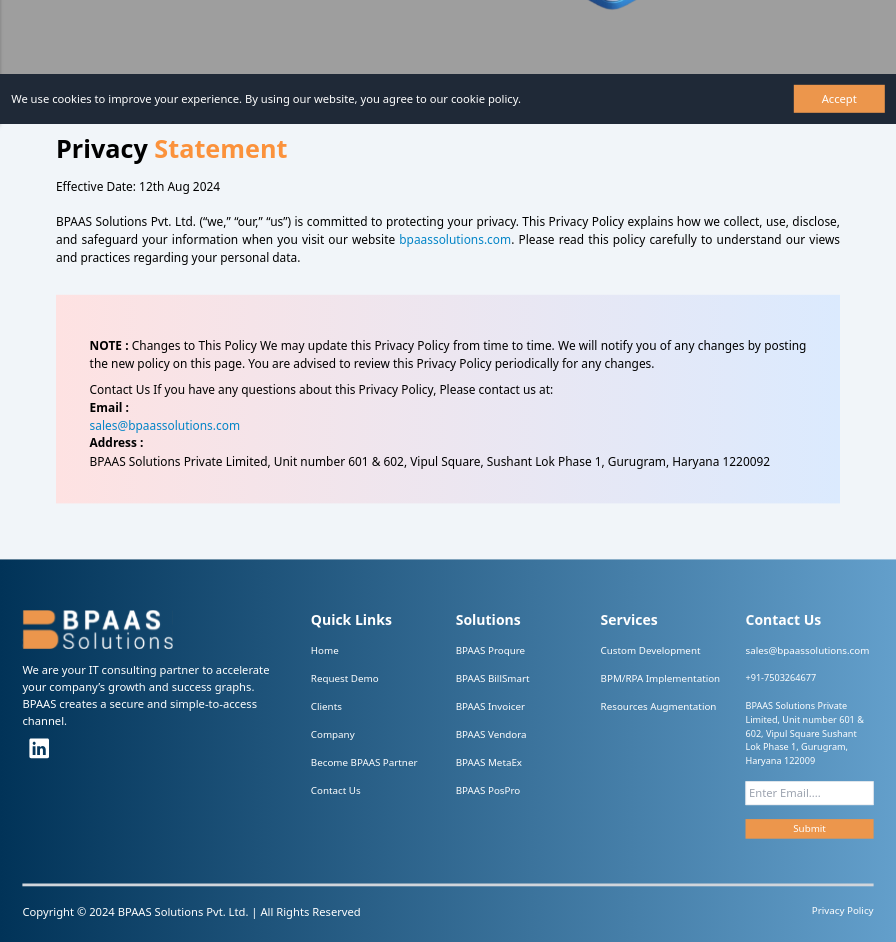
Repository: captainalpha/BP-Website
Page: /services/bp-services
An editor plug-in stored every save of this project. The page is shown before and after the next save, followed by the edit.
The browser window is 1280 px wide. The pictures show the part of the page from y = 543 to 2463 px (the page is 1889 px tall before and 2463 px after), at 70% of full size.
Pictures or frames that could not be fetched are drawn as grey boxes. The project was rebuilt for these pictures with package versions that can differ from the ones it lists, and the page was loaded fresh each time. The framework's server and built-in components were replaced by stand-ins that run in the browser. Also part of the build but not shown: next.config.js, components/common/TopBanner.js, components/common/SectionHeader.js.

Above is the page before, as saved 2024-08-13 17:10:04.

### pages/_app.js
import Navbar from "../components/common/Navbar";
import "../styles/globals.css";
import Footer from "../components/common/Footer";

import "swiper/css";
import "swiper/css/navigation";
import "swiper/css/pagination";



import { motion, AnimatePresence } from "framer-motion";
import CookiesMain from "../components/common/CookiesMain";

// import styles from './slider.module.scss'
function MyApp({ Component, pageProps, router }) {
  const spring = {
    type: "spring",
    damping: 20,
    stiffness: 100,
    when: "afterChildren",
  };
  return (
    <>
      <div className="z-50 scroll-smooth">
        <Navbar />
      </div>
      <AnimatePresence>
        <div className="page-transition-wrapper">
          <motion.div
            transition={spring}
            key={router.pathname}
            initial={{ y: -300, opacity: 0 }}
            animate={{ y: 0, opacity: 1 }}
            exit={{ y: 300, opacity: 0 }}
            id="page-transition-container"
          >
            <Component {...pageProps} /> <Footer />{" "}
            <CookiesMain/>
          </motion.div>
        </div>
      </AnimatePresence>
    </>
  );
}

export default MyApp;

### pages/services/bp-services.js
import { useState } from "react";
import TopBanner from "../../components/common/TopBanner";
import SectionHeader from "../../components/common/SectionHeader";
import TopBanner2 from "../../components/common/TopBanner2";
import Image from "next/image";
import Link from "next/link";
import { FaArrowDown } from "react-icons/fa6";
import { MdChecklistRtl } from "react-icons/md";
import { BsCopy } from "react-icons/bs";
import { FiPlus } from "react-icons/fi";
import { AiOutlineMinus } from "react-icons/ai";


function BpServices() {
  const [showAnswer, setShowAnswer] = useState(false);
  const privacyStatement = [
    {
      heading: "Information We Collect",
      content: (
        <>
          <p
            className={`text-[18px] bg-gray-300 mt-2 p-3 rounded-md
          shadow-[rgba(0,_0,_0,_0.24)_0px_3px_8px] `}
          >
            <p className="text-[17px] text-justify mt-3">
              &ldquo;Personal data&rdquo; is defined to include information that
              whether on its own or in combination with other information may be
              used to readily identify or contact you such as: name, address,
              email address, phone number etc.
            </p>
            <p className="text-[17px] text-justify mt-3">
              <b>Personal Data :</b> We may collect personal identification
              information (such as name, email address, phone number) when you
              voluntarily submit it through our Site.
            </p>
            <p className="text-[17px] text-justify mt-3">
              <b>Usage Data :</b> We automatically collect information about your
              interaction with our Site, including IP address, browser type,
              operating system, and pages visited.
            </p>
          </p>
        </>
      ),
    },
    {
      heading: "How We Use Your Information",
      content: (
        <>
          <p className="text-[17px] text-justify mt-3">
            <b>To Provide Services :</b> We use your information to deliver the
            services you request. For internal record-keeping purposes.
          </p>
          <p className="text-[17px] text-justify mt-3">
            <b>To Improve Our Site :</b> We analyse usage data to enhance the
            functionality and user experience of our Site.
          </p>
          <p className="text-[17px] text-justify mt-3">
            <b>To Communicate :</b> We may use your contact information to respond
            to inquiries, send updates, and provide customer support. To
            periodically send promotional emails to the email address you provide
            regarding new products from BPAAS Solutions, special offers from BPAAS
            Solutions or other information about BPAAS Solutions that we think you
            may find interesting. For BPAAS Solutions market research purposes,
            including, but not limited to, the customization of the Website or
            Services according to your interests
          </p>
        </>
      ),
    },
    {
      heading: "Sharing Your Information",
      content: (
        <>
          <p className="text-[17px] text-justify mt-3">
            We do not sell, trade, or otherwise transfer your personal data to
            outside parties except as described in this policy. We may share
            information with trusted third parties who assist us in operating our
            Site, conducting our business, or servicing you, provided those
            parties agree to keep this information confidential.
          </p>
        </>
      ),
    },
    {
      heading: "Data Security",
      content: (
        <>
          <p className="text-[17px] text-justify mt-3">
            We implement a variety of procedural and technological security
            measures to maintain the safety of your personal information from
            unauthorized access or disclosure. BPAAS Solutions may use encryption,
            passwords, and physical security measures to help protect your
            personal information against unauthorized access and disclosure.
            However, no method of transmission over the internet or electronic
            storage is 100% secure.
          </p>
        </>
      ),
    },
    {
      heading: "Information Disclosed At Your Request",
      content: (
        <>
          <p className="text-[17px] text-justify mt-3">
            We may share your personal information with other users or third
            parties to whom you explicitly ask us to send your information or if
            you explicitly consent to such disclosure upon receipt of a specific
            Service.
          </p>
        </>
      ),
    },
    {
      heading: "Your Rights",
      content: (
        <>
          <p className="text-[17px] text-justify mt-3">
            You have the right to access, correct, or delete your personal data.
            You may also object to the processing of your data or request data
            portability. To exercise these rights, please contact us at&nbsp;
            <a
              className="text-sky-600 hover:text-[#fb923c]"
              href="mailto:sales@bpaassolutions.com"
            >
              sales@bpaassolutions.com
            </a>
          </p>
        </>
      ),
    },
    {
      heading: "Links to Third-Party Websites",
      content: (
        <>
          <p className="text-[17px] text-justify mt-3">
            Our website may contain links to external websites. We are not
            responsible for the privacy practices or content of these third-party
            sites. We encourage you to review their privacy policies before
            providing any personal information.
          </p>
        </>
      ),
    },
  ];
  return (
    <div>
      <div className="relative">
        <TopBanner2
          image={"/images/policy-service2.jpg"}
          title="Privacy Policy"
          discription="This Privacy Policy explains how we collect, use, disclose, and safeguard your information when you visit our website."
          btnShow={false}
        />
        <div className="absolute top-[1em] right-[10em]">
          <Image
            src="/images/privacypolicy2.png"
            className="w-1/2 mx-auto"
            width="500"
            height="500"
            alt="customer-developement"
          />
        </div>
      </div>

      <div className=" bg-slate-100  p-[5em]">
        <div className="container mx-auto max-w-6xl">
          <div className="text-left">
            <h1 className="lg:text-4xl text-3xl font-bold capitalize ">
              <span>Privacy</span>{" "}
              <span className="text-[#fb923c]">Statement</span>
            </h1>
          </div>

          <div className="mt-5">
            <p className="text-[17px] text-justify">
              Effective Date: 12th Aug 2024 <br />
              <br /> BPAAS Solutions Pvt. Ltd. (&ldquo;we,&rdquo;
              &ldquo;our,&rdquo; &ldquo;us&rdquo;) is committed to protecting
              your privacy. This Privacy Policy explains how we collect, use,
              disclose, and safeguard your information when you visit our
              website&nbsp;
              <Link passHref href="/">
                <a className="text-sky-600 hover:text-[#fb923c]">
                  bpaassolutions.com
                </a>
              </Link>
              . Please read this policy carefully to understand our views and
              practices regarding your personal data.
            </p>
          </div>

          {privacyStatement?.map((item,ind)=>{
            <>
              <div
              key={ind}
            className={`${
              showAnswer
                ? "p-2 mt-8 bg-[#fb923c] max-w[1200px]"
                : "p-2 mt-8 border-[#fb923c] border-2 max-w[1200px]"
            }`}
          >
            <div className="flex gap-10 items-center justify-between">
              <h3
                className="text-[20px] font-sans font-semibold cursor-pointer"
                onClick={() => setShowAnswer(!showAnswer)}
              >
                {item?.heading}
              </h3>
              <div
                onClick={() => setShowAnswer(!showAnswer)}
                className="cursor-pointer transition-transform duration-500 ease-out"
              >
                {showAnswer ? <AiOutlineMinus /> : <FiPlus />}
              </div>
            </div>
          </div>
          <div
            className={`overflow-hidden transition-all duration-500 ease-out ${
              showAnswer ? "max-h-[1000px] opacity-100 " : "max-h-0 opacity-0 "
            }`}
          >
             {/* {item?.content} */}
          </div>
            </>
          })}


          {/* <div className="mt-[2em]">
            <h1 className="text-[20px] font-bold text-[#fb923c]">
              Information We Collect
            </h1>
            <p className="text-[17px] text-justify mt-3">
              &ldquo;Personal data&rdquo; is defined to include information that
              whether on its own or in combination with other information may be
              used to readily identify or contact you such as: name, address,
              email address, phone number etc.
            </p>
            <p className="text-[17px] text-justify mt-3">
              <b>Personal Data :</b> We may collect personal identification
              information (such as name, email address, phone number) when you
              voluntarily submit it through our Site.
            </p>
            <p className="text-[17px] text-justify mt-3">
              <b>Usage Data :</b> We automatically collect information about
              your interaction with our Site, including IP address, browser
              type, operating system, and pages visited.
            </p>
          </div> */}

          {/* <div className="mt-[2em]">
            <h1 className="text-[20px] font-bold text-[#fb923c]">
              How We Use Your Information
            </h1>
            <p className="text-[17px] text-justify mt-3">
              <b>To Provide Services :</b> We use your information to deliver
              the services you request. For internal record-keeping purposes.
            </p>
            <p className="text-[17px] text-justify mt-3">
              <b>To Improve Our Site :</b> We analyse usage data to enhance the
              functionality and user experience of our Site.
            </p>
            <p className="text-[17px] text-justify mt-3">
              <b>To Communicate :</b> We may use your contact information to
              respond to inquiries, send updates, and provide customer support.
              To periodically send promotional emails to the email address you
              provide regarding new products from BPAAS Solutions, special
              offers from BPAAS Solutions or other information about BPAAS
              Solutions that we think you may find interesting. For BPAAS
              Solutions market research purposes, including, but not limited to,
              the customization of the Website or Services according to your
              interests
            </p>
          </div> */}

          {/* <div className="mt-[2em]">
            <h1 className="text-[20px] font-bold text-[#fb923c]">
              Sharing Your Information
            </h1>
            <p className="text-[17px] text-justify mt-3">
              We do not sell, trade, or otherwise transfer your personal data to
              outside parties except as described in this policy. We may share
              information with trusted third parties who assist us in operating
              our Site, conducting our business, or servicing you, provided
              those parties agree to keep this information confidential.
            </p>
          </div> */}

          {/* <div className="mt-[2em]">
            <h1 className="text-[20px] font-bold text-[#fb923c]">
              Data Security
            </h1>
            <p className="text-[17px] text-justify mt-3">
              We implement a variety of procedural and technological security
              measures to maintain the safety of your personal information from
              unauthorized access or disclosure. BPAAS Solutions may use
              encryption, passwords, and physical security measures to help
              protect your personal information against unauthorized access and
              disclosure. However, no method of transmission over the internet
              or electronic storage is 100% secure.
            </p>
          </div> */}

          {/* <div className="mt-[2em]">
            <h1 className="text-[20px] font-bold text-[#fb923c]">
              Information Disclosed At Your Request
            </h1>
            <p className="text-[17px] text-justify mt-3">
              We may share your personal information with other users or third
              parties to whom you explicitly ask us to send your information or
              if you explicitly consent to such disclosure upon receipt of a
              specific Service.
            </p>
          </div> */}

          {/* <div className="mt-[2em]">
            <h1 className="text-[20px] font-bold text-[#fb923c]">
              Your Rights
            </h1>
            <p className="text-[17px] text-justify mt-3">
              You have the right to access, correct, or delete your personal
              data. You may also object to the processing of your data or
              request data portability. To exercise these rights, please contact
              us at&nbsp;
              <a
                className="text-sky-600 hover:text-[#fb923c]"
                href="mailto:sales@bpaassolutions.com"
              >
                sales@bpaassolutions.com
              </a>
            </p>
          </div> */}

          {/* <div className="mt-[2em]">
            <h1 className="text-[20px] font-bold text-[#fb923c]">
              Links to Third-Party Websites
            </h1>
            <p className="text-[17px] text-justify mt-3">
              Our website may contain links to external websites. We are not
              responsible for the privacy practices or content of these
              third-party sites. We encourage you to review their privacy
              policies before providing any personal information.
            </p>
          </div> */}

          <div className="mt-[2em]  lg:mt-10 md:mt-10 xl:mt-10 bg-gradient-to-r from-red-100 to-blue-100 p-2 md:p-[3em]">
            <p className="text-[17px] text-justify mt-3">
              <b>NOTE : </b> Changes to This Policy We may update this Privacy
              Policy from time to time. We will notify you of any changes by
              posting the new policy on this page. You are advised to review
              this Privacy Policy periodically for any changes.
            </p>
            <p className="text-[17px] text-justify mt-3">
              Contact Us If you have any questions about this Privacy Policy,
              Please contact us at:
              <br />
              <b>Email : </b>
              <br />
              <a
                className="text-sky-600 hover:text-[#fb923c]"
                href="mailto:sales@bpaassolutions.com"
              >
                sales@bpaassolutions.com
              </a>
              <br />
              <b>Address :</b>
              <br />
              BPAAS Solutions Private Limited, Unit number 601 & 602, Vipul
              Square, Sushant Lok Phase 1, Gurugram, Haryana 1220092
            </p>
          </div>
        </div>
      </div>
    </div>
  );
}

export default BpServices;

### styles/globals.css
@tailwind base;
@tailwind components;
@tailwind utilities;

.mySwiper {
  padding: 0 3rem;
}
.swiper-button-next {
  color: white;
  font-size: 20px !important;
}
.swiper-button-prev {
  color: white;
  font-size: 20px !important;
}
.swiper-button-prev:after {
  color: white;
  font-size: 20px !important;
}
.swiper-button-next:after {
  color: white;
  font-size: 20px !important;
}
.container-bpaas{
  max-width: 1100px;
}

/* .swiper-button-prev {

  background-image: url("data:[embedded picture, 251 characters]");
} */
.swiper-button-prev:after {

  border: 2px solid white;
  border-radius: 30%;
  /* width: 25%; */
  background: #ec964c;
  padding: 20%;
}
/* .swiper-button-next {
  background-image: url("data:[embedded picture, 251 characters]");
} */
.swiper-button-next:after {

  border: 2px solid white;
  border-radius: 30%;
  /* width: 25%; */
  background: #ec964c;
  padding: 20%;
}

@media only screen and (max-width: 600px) {
  .swiper-button-next:after {
    display: none;
  }
}
@media only screen and (max-width: 600px) {
  .swiper-button-prev:after {
    display: none;
  }
}




/*OEM Modal */
@layer utilities {
  @keyframes modalOpen {
    0% {
      clip-path: polygon(0 0, 0 0, 0 100%, 0 100%);
      opacity: 0;
    }
    100% {
      clip-path: polygon(0 0, 100% 0, 100% 100%, 0 100%);
      opacity: 1;
    }
  }

  @keyframes modalClose {
    0% {
      clip-path: polygon(0 0, 100% 0, 100% 100%, 0 100%);
      opacity: 1;
    }
    100% {
      clip-path: polygon(50% 0, 50% 0, 50% 100%, 50% 100%);
      opacity: 0;
    }
  }

  .animate-modalOpen {
    animation: modalOpen 0.5s forwards;
  }

  .animate-modalClose {
    animation: modalClose 0.5s forwards;
  }

  .custom-aspect-ratio {
    box-shadow: rgba(149, 157, 165, 0.2) 0px 8px 24px;
    aspect-ratio: 3 / 2;
  }
}

### components/common/CookiesMain.js
import { useState, useEffect } from 'react';
import Cookies from 'js-cookie';


const CookiesMain = () => {
    const [showBanner, setShowBanner] = useState(false);

  useEffect(() => {
    const consent = Cookies.get('cookie-consent');
    if (!consent) {
      setShowBanner(true);
    }
  }, []);

  const acceptCookies = () => {
    Cookies.set('cookie-consent', 'true', { expires: 365 });
    setShowBanner(false);
  };

  if (!showBanner) return null;
  return (
    <>

    <div className="fixed bottom-0 left-0 right-0 bg-gray-800 text-white p-4 flex justify-between items-center z-50">
      <span>We use cookies to improve your experience. By using our website, you agree to our cookie policy.</span>
      <button
        onClick={acceptCookies}
        className="bg-orange text-white px-4 md:px-10 py-2"
      >
        Accept
      </button>
    </div>

    </>
  )
}
export default CookiesMain

### components/common/TopBanner2.js
import Link from "next/link";
function TopBanner2({ image, title, discription, onClick,btnShow}) {
  return (
    <div
      style={{ backgroundImage: `url(${image})` }}
      className={`lg:h-[80vh] h-[60vh] mt-20 w-full text-white flex p-10 items-center bg-no-repeat bg-cover `}
    >
      <div className="space-y-4 lg:w-1/2  md:text-left">
        <h1 className="lg:text-5xl text-3xl font-bold capitalize ">{title}</h1>
        <p className="w-full lg:text-xl lg:text-justify tracking-tighter">
          {discription}
        </p>
    {btnShow&&(
        <Link passHref href="/request-demo">
          <button className="px-8 py-2  border-white border-2 hover:bg-orange font-medium text-xl">
            Request Demo
          </button>
        </Link>
    )}
      </div>
    </div>
  );
}

export default TopBanner2;

### tailwind.config.js
module.exports = {
  content: [
    "./pages/**/*.{js,ts,jsx,tsx}",
    "./components/**/*.{js,ts,jsx,tsx}",
  ],
  theme: {
    extend: {
      keyframes: {
        modalOpen: {
          '0%': { transform: 'scale(0)', opacity: 0 },
          '100%': { transform: 'scale(1)', opacity: 1 },
        },
        modalClose: {
          '0%': { transform: 'scale(1)', opacity: 1 },

        },
        fragmentIn: {
          '0%': { opacity: 0, transform: 'translate(-50px, -50px)' },
          '100%': { opacity: 1, transform: 'translate(0, 0)' },
        },
        fragmentOut: {
          '0%': { opacity: 1, transform: 'translate(0, 0)' },
          '100%': { opacity: 0, transform: 'translate(50px, 50px)' },
        },

      },
      animation: {
        modalOpen: 'modalOpen 0.5s ease-out forwards',
        modalClose: 'modalClose 0.5s ease-in forwards',
        fragmentIn: 'fragmentIn 0.5s ease-out forwards',
        fragmentOut: 'fragmentOut 0.5s ease-in forwards',
      },
      backgroundImage: {
        "testimonial-bg": "url('/img/hero-pattern.svg')",
        "testimonial-bgs": "url('/')",
      },
      colors: {
        primary: "#013358",
        secondary: "#639FCB",
        primaryText: "#1D669C",
        orange: "#EC964C",
        glassEffect:
          "linear-gradient(105.47deg, #FFFFFF -13.63%, rgba(255, 255, 255, 0) 108.8%)",
      },
      backgroundSize: {
        "size-200": "200% 200%",
      },
      backgroundPosition: {
        "pos-0": "0% 0%",
        "pos-100": "100% 100%",
      },
    },
    variants: {
      fill: ["hover", "focus"],
    },
    boxShadow: {
      "3xl": "0 35px 60px -15px rgba(0, 0, 0, 0.3)",
    },
  },
  plugins: [],
};

Loaded but not shown: components/common/Navbar.js (726 lines, source omitted); components/common/Footer.js (194 lines, source omitted)

After the next save:
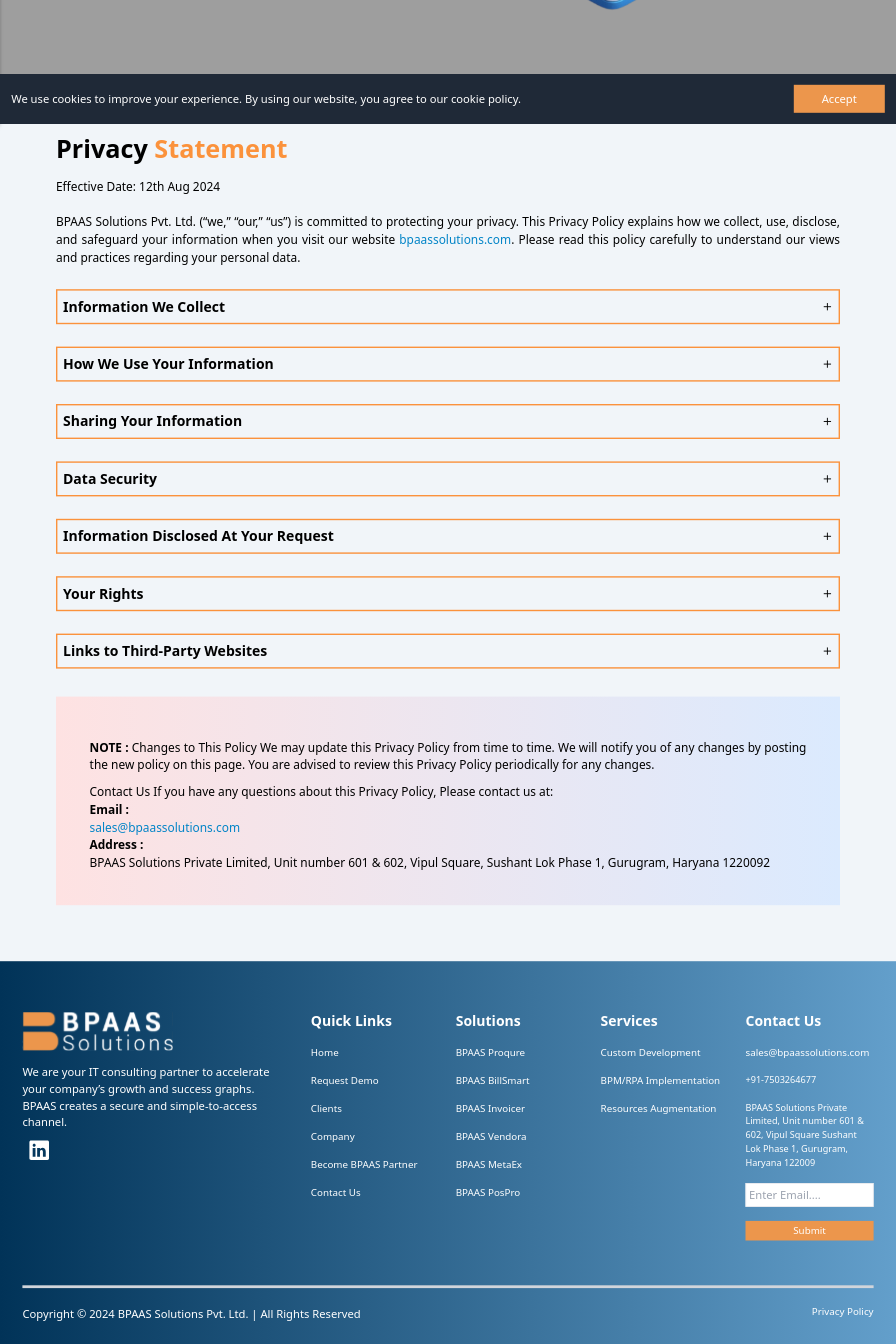
Saved 28 s later.
--- a/pages/services/bp-services.js
+++ b/pages/services/bp-services.js
@@ -189,7 +189,7 @@
             </p>
           </div>
 
-          {privacyStatement?.map((item,ind)=>{
+          {privacyStatement?.map((item,ind)=>(
             <>
               <div
               key={ind}
@@ -222,7 +222,7 @@
              {/* {item?.content} */}
           </div>
             </>
-          })}
+          ))}
 
 
           {/* <div className="mt-[2em]">
